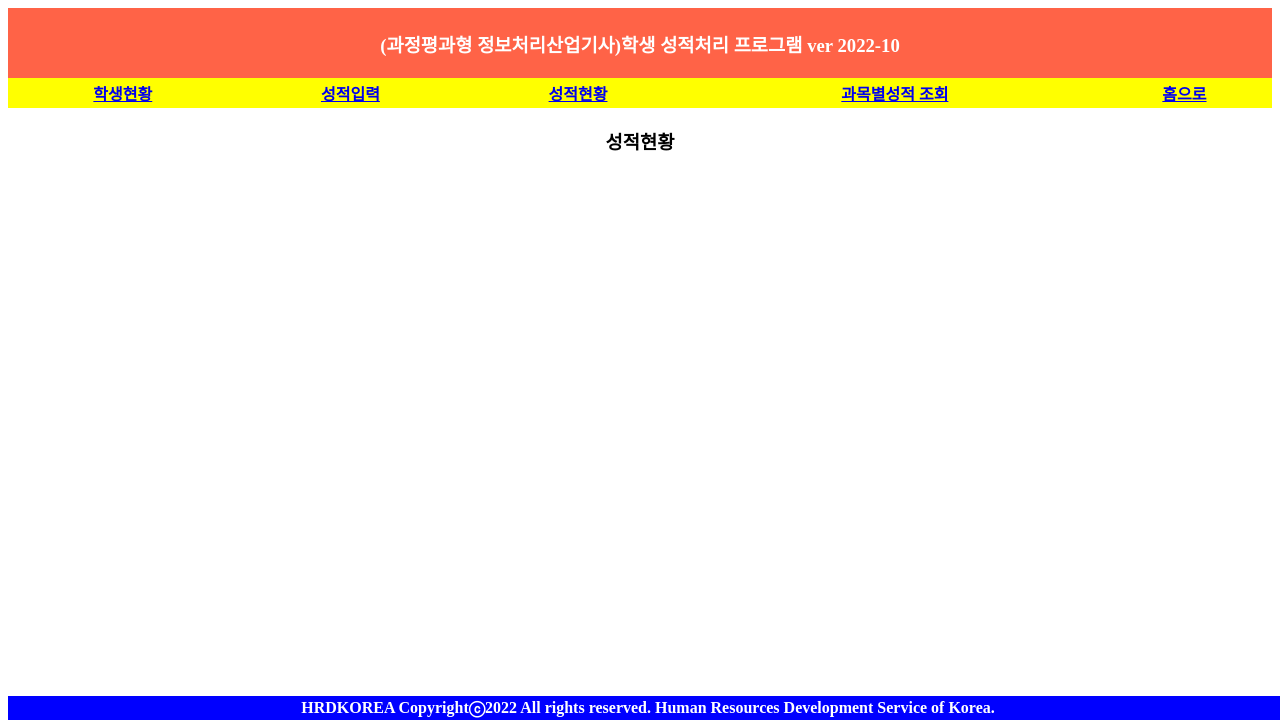
Repository: 8G4B/screenimplementationcode
Page: http://localhost/HRD_02/sub3.jsp
An editor plug-in stored every save of this project. The page is shown before and after the next save, followed by the edit.
The browser window is 1280 px wide. The pictures show the whole page.
The page is served by Tomcat 9. Other server files are loaded and not shown. Queries for data that is not in the repository find no rows.

Above is the page before, as saved 2025-05-02 06:58:25.

### HRD_02/src/main/webapp/sub3.jsp
<%@page import="exam.ScoreDTO"%>
<%@page import="java.util.List"%>
<%@page import="exam.StudentDAO"%>
<%@ page language="java" contentType="text/html; charset=UTF-8"
	pageEncoding="UTF-8"%>
<%
StudentDAO dao = new StudentDAO();
List<ScoreDTO> list = dao.selectSub3();
%>
<!DOCTYPE html>
<html>
<head>
<meta charset="UTF-8">
<title>Sub3</title>
</head>
<body>
	<jsp:include page="header.jsp" />
	<jsp:include page="nav.jsp" />

	<section>
		<div align="center">
			<h3>성적현황</h3>
		</div>
	</section>

	<jsp:include page="footer.jsp" />
</body>
</html>

### HRD_02/src/main/webapp/header.jsp
<%@ page language="java" contentType="text/html; charset=UTF-8"
    pageEncoding="UTF-8"%>
<!DOCTYPE html>
<html>
<head>
<meta charset="UTF-8">
<title>Header</title>
</head>
<body>
	<header>
		<table style="width: 100%; background-color: tomato; color: white">
			<tr>
				<th><h3>(과정평과형 정보처리산업기사)학생 성적처리 프로그램 ver 2022-10</h3></th>
			</tr>
		</table>
	</header>
</body>
</html>

### HRD_02/src/main/webapp/nav.jsp
<%@ page language="java" contentType="text/html; charset=UTF-8"
    pageEncoding="UTF-8"%>
<!DOCTYPE html>
<html>
<head>
<meta charset="UTF-8">
<title>Navigation</title>
</head>
<body>
	<nav>
		<table style="width: 100%; background-color: yellow; color: black">
			<tr>
				<th><a href="sub1.jsp">학생현황</a></th>
				<th><a href="sub2.jsp">성적입력</a></th>
				<th><a href="sub3.jsp">성적현황</a></th>
				<th><a href="sub4.jsp">과목별성적 조회</a></th>
				<th><a href="index.jsp">홈으로</a></th>
			</tr>
		</table>
	</nav>
</body>
</html>

### HRD_02/src/main/webapp/footer.jsp
<%@ page language="java" contentType="text/html; charset=UTF-8"
    pageEncoding="UTF-8"%>
<!DOCTYPE html>
<html>
<head>
<meta charset="UTF-8">
<title>Footer</title>
</head>
<body>
	<footer style="bottom: 0; position: fixed; width: 100%">
		<table style="background-color: blue; color: white; width: 100%">
			<tr>
				<th>
					HRDKOREA Copyrightⓒ2022 All rights reserved. Human Resources Development Service of Korea.
				</th>
			</tr>
		</table>
	</footer>
</body>
</html>

### HRD_02/src/main/java/exam/StudentDAO.java
package exam;

import java.sql.Connection;
import java.sql.DriverManager;
import java.sql.PreparedStatement;
import java.sql.ResultSet;
import java.util.ArrayList;
import java.util.List;

public class StudentDAO {
	private Connection conn;
	private PreparedStatement ps;
	private ResultSet rs;

	public Connection getConn() {
		String url = "jdbc:oracle:thin:@127.0.0.1:1521:xe";
		String user = "system";
		String pw = "1234";
		try {
			Class.forName("oracle.jdbc.OracleDriver");
			conn = DriverManager.getConnection(url, user, pw);
			System.out.println("DB 접속 완료!");
		} catch (Exception e) {
			e.printStackTrace();
			System.out.println("getConn() Exception!!!");
		}

		return conn;
	}

	public void dbClose() {
		try {
			if (rs != null)
				rs.close();
			if (ps != null)
				ps.close();
			if (conn != null)
				conn.close();
			System.out.println("DB 접속 해제!");
		} catch (Exception e) {
			e.printStackTrace();
			System.out.println("dbClose() Exception!!!");
		}
	}

	public List<StudentDTO> selectSub1() {
		conn = getConn();
		String sql = "select * from tbl_student_202210 order by stuid asc";
		List<StudentDTO> list = new ArrayList<StudentDTO>();

		try {
			ps = conn.prepareStatement(sql);
			rs = ps.executeQuery();
			while (rs.next()) {
				StudentDTO dto = new StudentDTO();
				dto.setStuid(rs.getString("stuid"));
				dto.setSname(rs.getString("sname"));

				String jumin = rs.getString("jumin");
				jumin = jumin.substring(0, 6) + "-" + jumin.substring(6);
				dto.setJumin(jumin);

				dto.setDeptname(rs.getString("deptname"));

				String gender = jumin.substring(7, 8);
				if (gender.equals("3"))
					gender = "남자";
				else if (gender.equals("4"))
					gender = "여자";
				dto.setGender(gender);

				dto.setPhone(rs.getString("phone"));
				dto.setEmail(rs.getString("email"));

				list.add(dto);
			}
		} catch (Exception e) {
			e.printStackTrace();
			System.out.println("selectSub1() Exception!!!");
		} finally {
			dbClose();
		}

		return list;
	}

	public List<ScoreDTO> selectSub3() {
		conn = getConn();
		String sql = "SELECT student.stuid, student.sname, subject.subname, subject.subcode, subject.proname, score.midscore, score.finalscore, score.attend, score.report, score.etc ";
		sql += "FROM TBL_STUDENT_202210 student, TBL_SCORE_202210 score, TBL_SUBJECT_202210 subject ";
		sql += "where  student.stuid = score.stuid and subject.subcode = score.subcode ";
		sql += "order by student.sname asc";
		List<ScoreDTO> list = new ArrayList<ScoreDTO>();

		try {
			ps = conn.prepareStatement(sql);
			rs = ps.executeQuery();

			while (rs.next()) {
				ScoreDTO dto = new ScoreDTO();
				dto.setStuid(rs.getString(1));
				dto.setSname(rs.getString(2));
				dto.setSubname(rs.getString(3));
				dto.setSubcode(rs.getString(4));
				dto.setProname(rs.getString(5));

				int midScore = rs.getInt(6);
				int finalScore = rs.getInt(7);
				int attend = rs.getInt(8);
				int report = rs.getInt(9);
				int etc = rs.getInt(10);

				dto.setMidscore(midScore);
				dto.setFinalscore(finalScore);
				dto.setAttend(attend);
				dto.setReport(report);
				dto.setEtc(etc);

				int avg = (midScore + finalScore + attend + report + etc) / 5;
				dto.setAvg(avg);

				double total = midScore * 0.3 + finalScore * 0.3 + attend * 0.2 + report * 0.1 + etc * 0.1;
				dto.setTotal(total);

				String grade = "";
				if (total >= 95)
					grade = "A+";
				else if (total >= 90)
					grade = "A";
				else if (total >= 85)
					grade = "B+";
				else if (total >= 80)
					grade = "B";
				else if (total >= 75)
					grade = "C+";
				else if (total >= 70)
					grade = "C";
				else if (total >= 65)
					grade = "D+";
				else if (total >= 60)
					grade = "D";
				else
					grade = "F";
				dto.setGrade(grade);

				list.add(dto);

			}
		} catch (Exception e) {
			e.printStackTrace();
			System.out.println("selectSub3() Exception!!!");

		} finally {
			dbClose();
		}
		return list;
	}

}

After the next save:
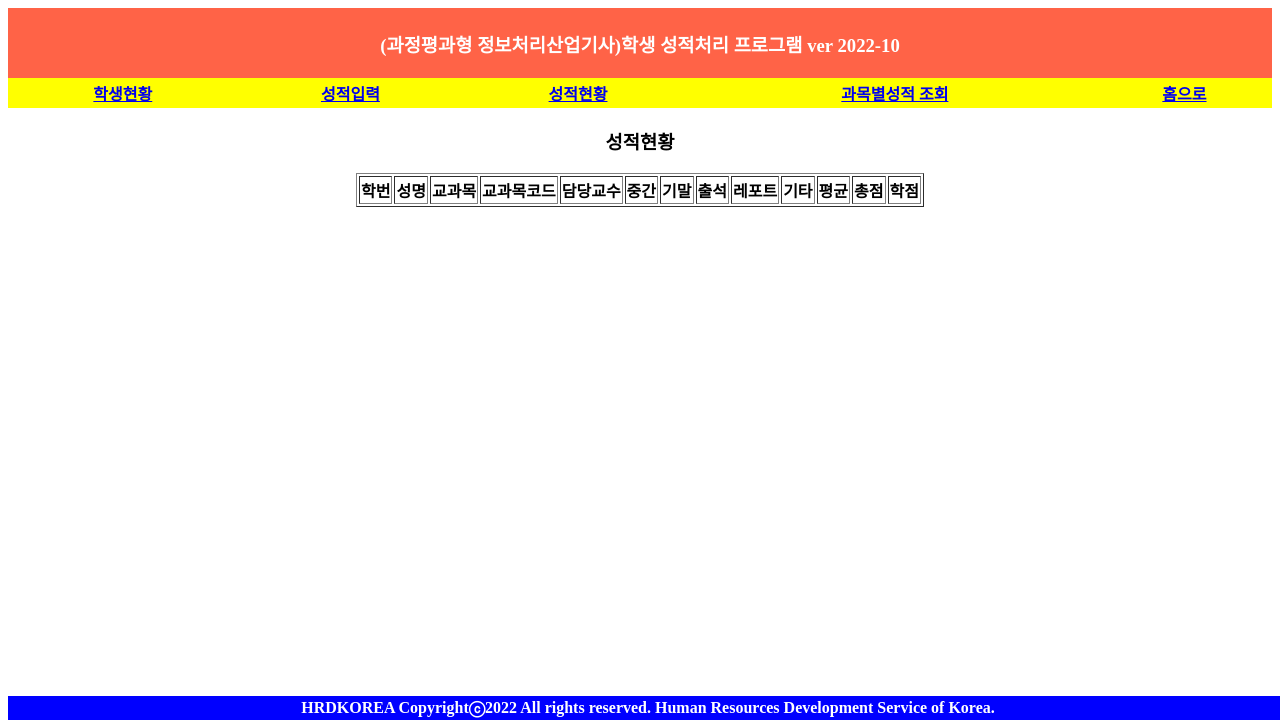
Saved 2 min 40 s later.
--- a/HRD_02/src/main/webapp/sub3.jsp
+++ b/HRD_02/src/main/webapp/sub3.jsp
@@ -20,6 +20,24 @@ List<ScoreDTO> list = dao.selectSub3();
 	<section>
 		<div align="center">
 			<h3>성적현황</h3>
+
+			<table border='1'>
+				<tr>
+					<th>학번</th>
+					<th>성명</th>
+					<th>교과목</th>
+					<th>교과목코드</th>
+					<th>담당교수</th>
+					<th>중간</th>
+					<th>기말</th>
+					<th>출석</th>
+					<th>레포트</th>
+					<th>기타</th>
+					<th>평균</th>
+					<th>총점</th>
+					<th>학점</th>
+				</tr>
+			</table>
 		</div>
 	</section>
 
